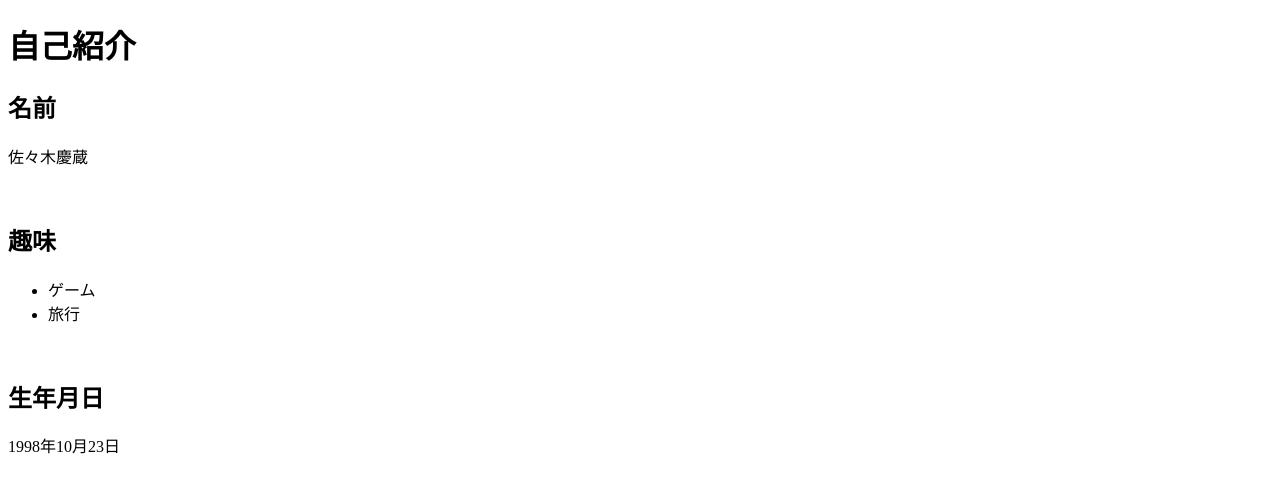
Repository: KeizoSasakiRP/eclipse-workspace
Page: web/src/main/webapp/user/myPage.html
These files come from the project's save history. The page is drawn as it stood at one moment and after the next save; the edit follows.
The browser window is 1280 px wide. The pictures show the whole page.

Above is the page before, as saved 2024-01-26 04:35:31.

### web/src/main/webapp/user/myPage.html
<!DOCTYPE html>
<html>
<head>
<meta charset="UTF-8">
<title>MyPage</title>
</head>
<body>
	<h1>自己紹介</h1>
	<h2>名前</h2>
	<p>佐々木慶蔵</p>
	<br>
	<h2>趣味</h2>
	<ul>
		<li>ゲーム</li>
		<li>旅行</li>
	</ul>
	<br>
	<h2>生年月日</h2>
	<p>1998年10月23日</p>
</body>
</html>

After the next save:
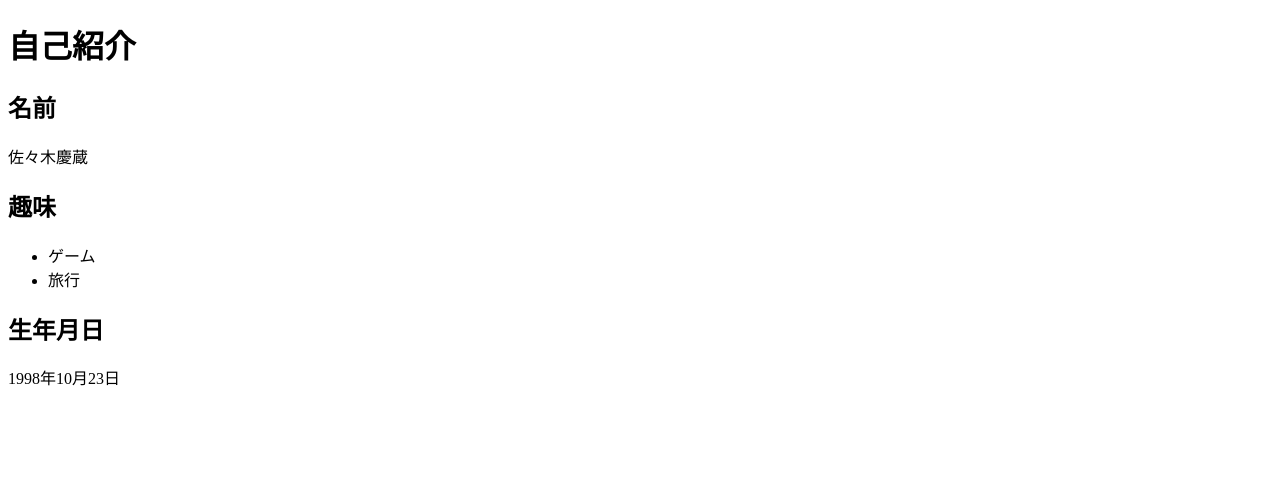
Saved 68 s later.
--- a/web/src/main/webapp/user/myPage.html
+++ b/web/src/main/webapp/user/myPage.html
@@ -8,13 +8,11 @@
 	<h1>自己紹介</h1>
 	<h2>名前</h2>
 	<p>佐々木慶蔵</p>
-	<br>
 	<h2>趣味</h2>
 	<ul>
 		<li>ゲーム</li>
 		<li>旅行</li>
 	</ul>
-	<br>
 	<h2>生年月日</h2>
 	<p>1998年10月23日</p>
 </body>
